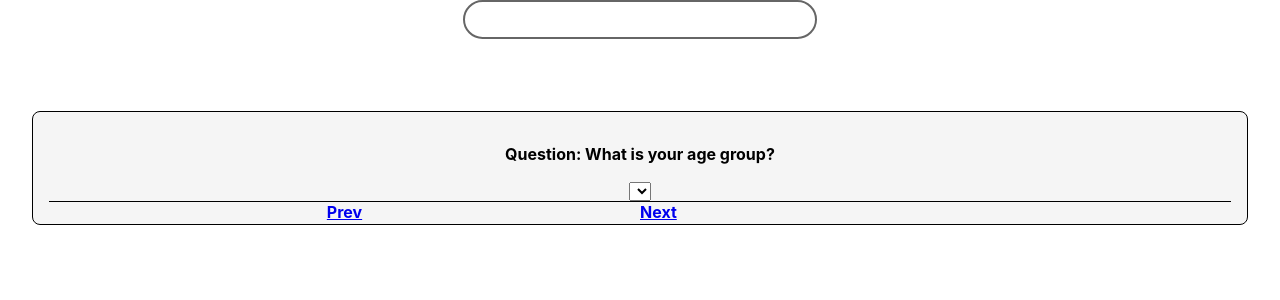
Repository: TheRungtaLibrary/survey
Page: /steps/4
These files come from the project's save history. The page is drawn as it stood at one moment and after the next save; the edit follows.
The browser window is 1280 px wide. The pictures show the whole page.
The project was rebuilt for these pictures with package versions that can differ from the ones it lists, and the page was loaded fresh each time. Also part of the build but not shown: src/App.css, src/components/Steps/Intro/Intro.js, src/components/Steps/Step1/Step1.js, src/components/Steps/Step2/Step2.js, src/components/Steps/Step3/Step3.js, src/components/Steps/Summary/Summary.scss, src/components/Steps/Summary/Summary.js.

Above is the page before, as saved 2020-03-19 19:57:03.

After the next save:
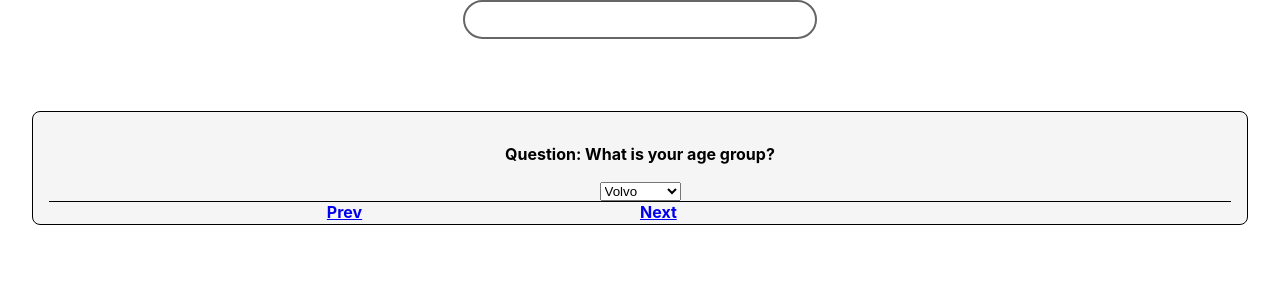
Saved 54 s later.
--- a/src/components/Steps/Step4/Step4.js
+++ b/src/components/Steps/Step4/Step4.js
@@ -1,5 +1,5 @@
 import React from 'react';
-import {Link} from 'react-router-dom';
+import { Link } from 'react-router-dom';
 import './Step4.scss';
 import SurveyContext from '../../../contexts/SurveyContext';
 
@@ -19,7 +19,7 @@ const Step4 = () => {
     /**
      * Pass Url to aync data loader in context provider
      */
-    surveyContext.setSurveyData([{'ageGroup':ageGroup}]);
+    surveyContext.setSurveyData([{ 'ageGroup': ageGroup }]);
   }
 
   const handleOptionChange = (event) => {
@@ -30,22 +30,25 @@ const Step4 = () => {
     surveyContext.decreaseSurveyStep();
   }
 
-    return (
-      <form onSubmit={onSubmit} className="input-container panel">
-        <p>Question: What is your age group?</p>
+  return (
+    <form onSubmit={onSubmit} className="input-container panel">
+      <p>Question: What is your age group?</p>
+      <div>
+        <select>
+          <option value="volvo">Volvo</option>
+          <option value="saab">Saab</option>
+          <option value="mercedes">Mercedes</option>
+          <option value="audi">Audi</option>
+        </select>
+      </div>
+      <div className="nav-footer">
         <div>
-          <select>
-
-          </select>
+          <Link to="/steps/3" onClick={onPrev}>Prev</Link>
         </div>
-        <div className="nav-footer">
-          <div>
-          <Link to="/steps/3" onClick={onPrev}>Prev</Link>
-          </div>
-          <Link to="/steps/5" onClick={onSubmit}>Next</Link>
-        </div>
-      </form>
-    );
+        <Link to="/steps/5" onClick={onSubmit}>Next</Link>
+      </div>
+    </form>
+  );
 }
 
 export default Step4;
